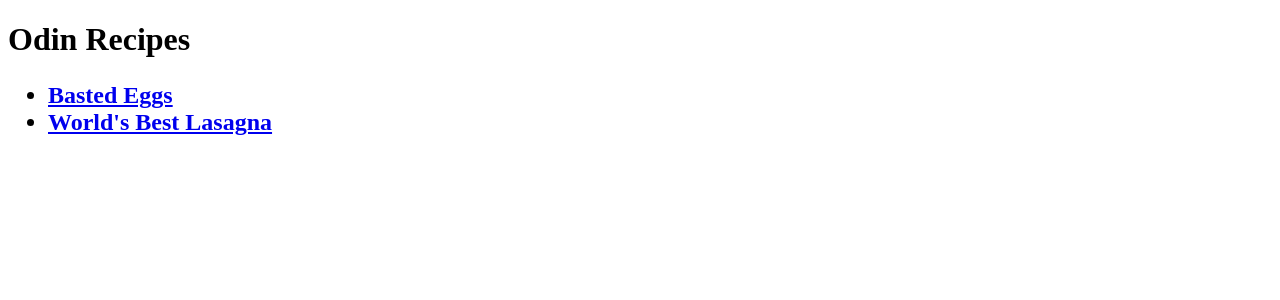
Repository: rickypcyt/odinproyect-recipes-web
Page: index.html
These files come from the project's save history. The page is drawn as it stood at one moment and after the next save; the edit follows.
The browser window is 1280 px wide. The pictures show the whole page.

Above is the page before, as saved 2022-09-20 16:58:09.

After the next save:
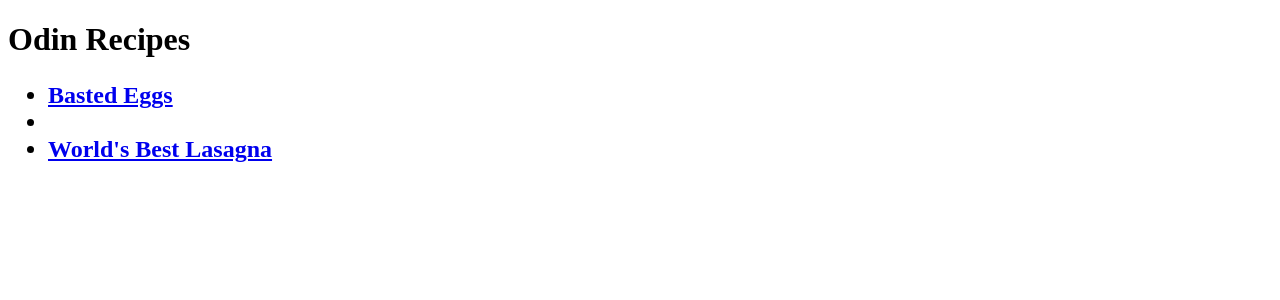
Saved 6 s later.
--- a/index.html
+++ b/index.html
@@ -11,7 +11,7 @@
     <h2>
       <ul>
         <li><a href="recipes/BastedEggs.html">Basted Eggs</a></li>
-        <span></span>
+        <li></li>
         <li><a href="recipes/Lasagna.html">World's Best Lasagna</a></li>
       </ul>
     </h2>
